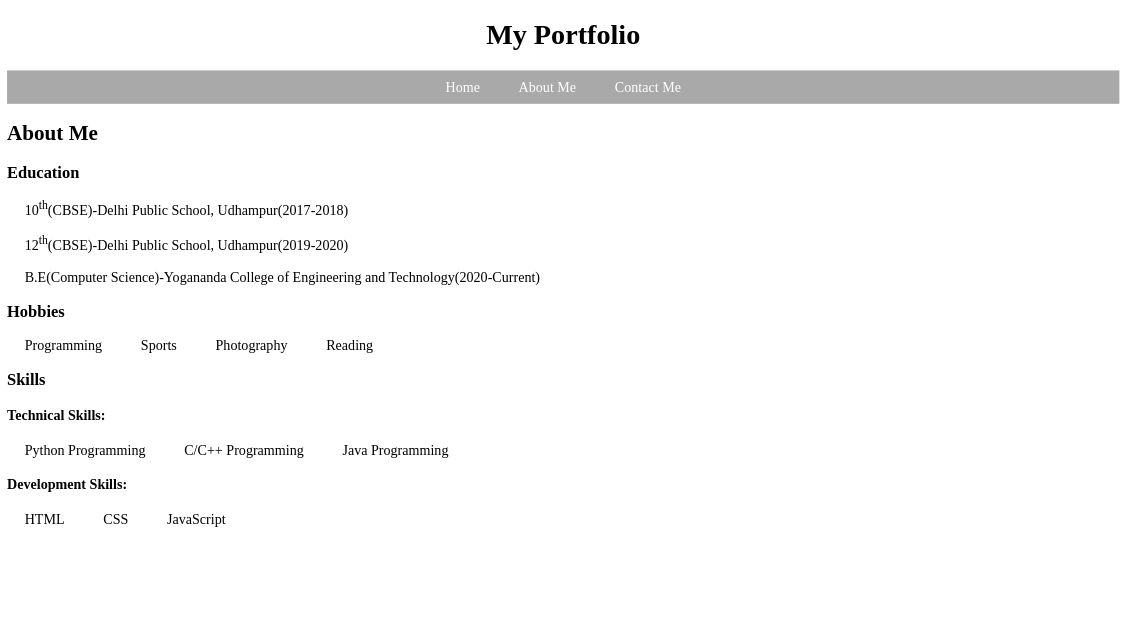
Repository: harshitanthal1/my_portfolio
Page: aboutme.html
An editor plug-in stored every save of this project. The page is shown before and after the next save, followed by the edit.
The browser window is 1280 px wide. The pictures show the whole page, at 88% of full size.

Above is the page before, as saved 2024-02-04 09:55:49.

### aboutme.html
<!DOCTYPE html>
<html lang="en">
<head>
    <meta charset="UTF-8">
    <meta name="viewport" content="width=device-width, initial-scale=1.0">
    <title>My Portfolio</title>
    <link rel="stylesheet" href="styles/styles.css" />
</head>
<body>
    <header><h1>My Portfolio</h1></header>
    <nav>
        <li><a href="index.html" target="_blank">Home</a></li>
        <li><a href="aboutme.html" target="_blank" >About Me</a></li>
        <li><a href="contactme.html" target="_blank" >Contact Me</a></li>
    </nav>
    <h2>About Me</h2>
    <main>
    <div class="sub-box">
        <h3>Education</h3>
        <li>10<sup>th</sup>(CBSE)-Delhi Public School, Udhampur(2017-2018)</li>
        <br/>
        <br/>
        <li>12<sup>th</sup>(CBSE)-Delhi Public School, Udhampur(2019-2020)</li>
        <br />
        <br/>
        <li>B.E(Computer Science)-Yogananda College of Engineering and Technology(2020-Current)</li>
    </div>
    <div class="sub-box">
        <h3>Hobbies</h3>
        <li>Programming</li>
        <li>Sports</li>
        <li>Photography</li>
        <li>Reading</li>
    </div>
    <div class="sub-box">
        <h3>Skills</h3>
        <h4>Technical Skills:</h4>
        <li>Python Programming</li>
        <li>C/C++ Programming</li>
        <li>Java Programming</li>
        <h4>Development Skills:</h4>
        <li>HTML</li>
        <li>CSS</li>
        <li>JavaScript</li>
    </div>
    </main>
</body>
</html>

### styles/styles.css
header {
    text-align: center;
}

nav {
    background-color: darkgrey;
    color: white;
    padding: 10px;
    text-align: center;
}

li {
    display: inline;
    margin-right: 20px;
    margin-left: 20px;
}

a {
    text-decoration: none;
    color: white;
}

#profile {
    padding: 10px;
    width: 350px;
}

p {
    text-align: justify;
}

img {
    border-radius: 50%;
}

After the next save:
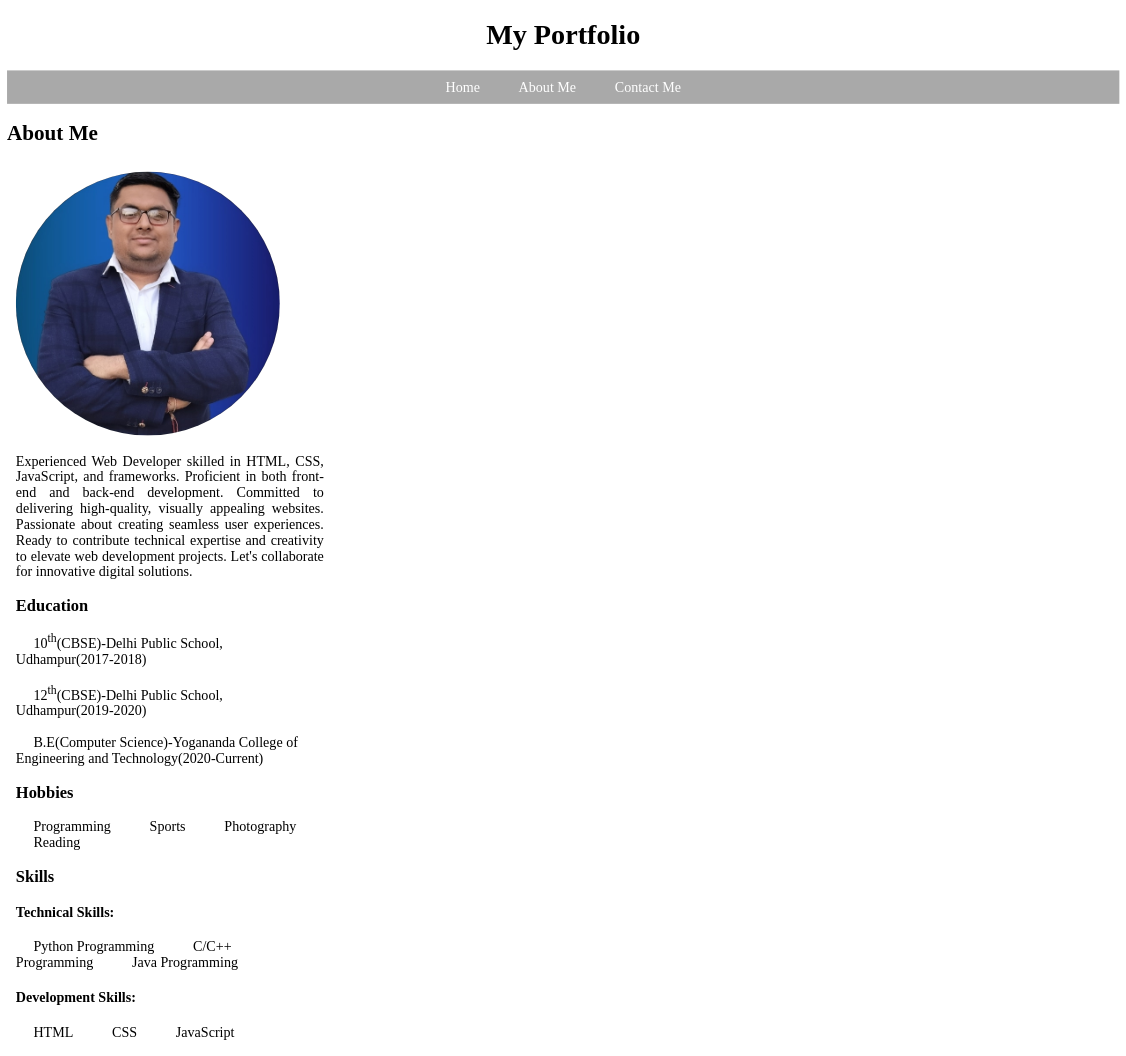
Saved 30 s later.
--- a/aboutme.html
+++ b/aboutme.html
@@ -14,6 +14,11 @@
         <li><a href="contactme.html" target="_blank" >Contact Me</a></li>
     </nav>
     <h2>About Me</h2>
+    <div id="profile">
+        <img src="images/my_pic.jpg" width="300px" alt="Avatar" />
+        <p>
+            Experienced Web Developer skilled in HTML, CSS, JavaScript, and frameworks. Proficient in both front-end and back-end development. Committed to delivering high-quality, visually appealing websites. Passionate about creating seamless user experiences. Ready to contribute technical expertise and creativity to elevate web development projects. Let's collaborate for innovative digital solutions.
+        </p>
     <main>
     <div class="sub-box">
         <h3>Education</h3>
